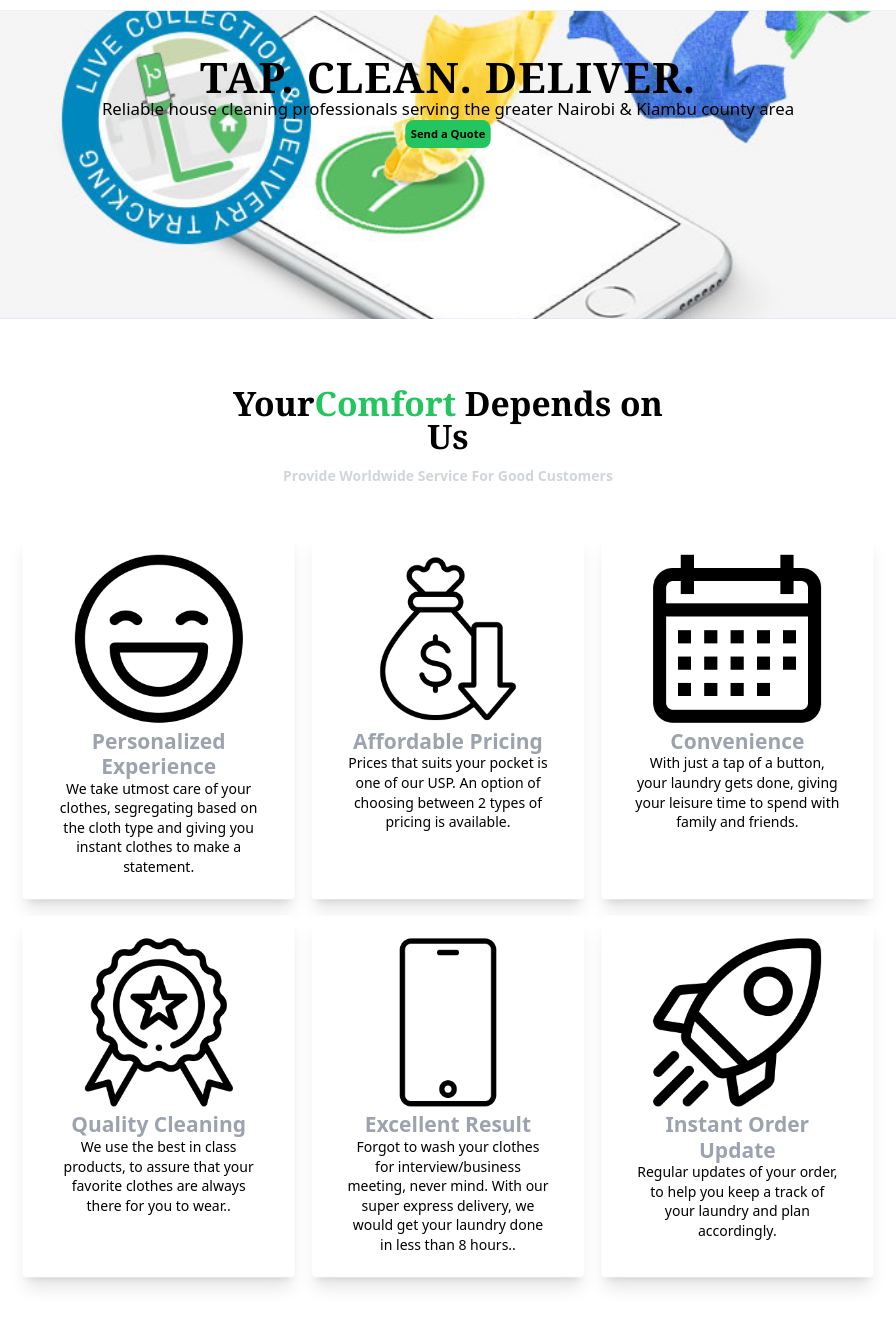
Repository: remydev47/smartlaundry
Page: /
These files come from the project's save history. The page is drawn as it stood at one moment and after the next save; the edit follows.
The browser window is 1280 px wide. The pictures show the part of the page from y = 4342 to 6262 px (the page is 6262 px tall before and 5842 px after), at 70% of full size.
The project was rebuilt for these pictures with package versions that can differ from the ones it lists, and the page was loaded fresh each time. The framework's server and built-in components were replaced by stand-ins that run in the browser. Also part of the build but not shown: next.config.js, components/Prices.tsx, components/Testimonial.tsx, components/Pricing.tsx, components/Footer.tsx.

Above is the page before, as saved 2022-10-24 16:48:09.

After the next save:
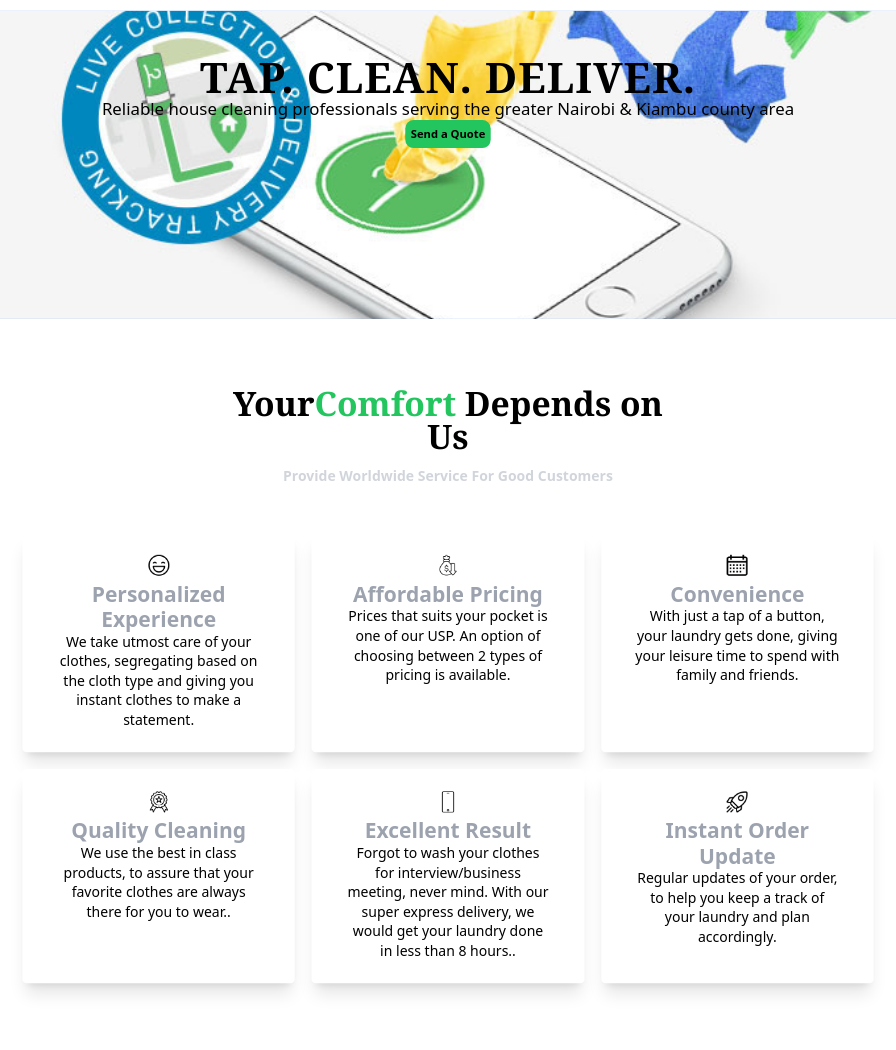
Saved 53 s later.
--- a/components/Reasons.tsx
+++ b/components/Reasons.tsx
@@ -1,4 +1,5 @@
 import React from 'react'
+import Image from 'next/image'
 
 const reasons =[
   {
@@ -49,9 +50,10 @@ const Reasons = () => {
      <div className="overflow-hidden bg-white shadow-xl border-gray-300 rounded-md hover:bg-blue-700">
           <div className="p-8 xl:px-12 flex flex-col items-center justify-center">
              <div>
-              <img
+              <Image
                src={item.image}
-               className="h-60 w-60"
+               height={30}
+               width={30}
              />
              </div>
              <h2 className='font-bold text-3xl text-gray-400 text-center mt-2'>
